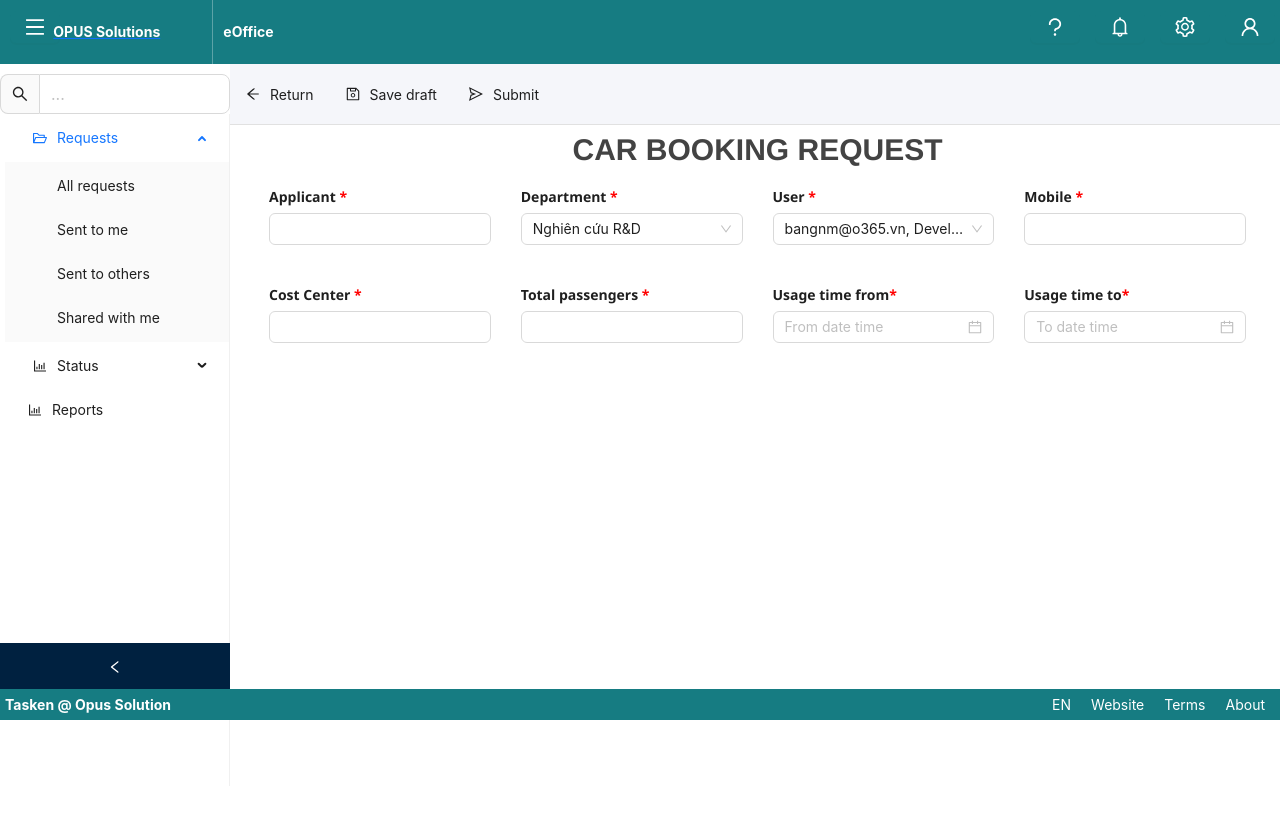
Repository: vannam272008/car-booking
Page: /request/addrequest
These files come from the project's save history. The page is drawn as it stood at one moment and after the next save; the edit follows.
The browser window is 1280 px wide. The pictures show the whole page.
The project was rebuilt for these pictures with package versions that can differ from the ones it lists, and the page was loaded fresh each time. Also part of the build but not shown: src/Components/DetailRequest/Comments/comment.css, src/Components/DetailRequest/Comments/comment.tsx, src/Components/DetailRequest/Menu/menu.tsx, src/Components/DetailRequest/Detail/detail.tsx, src/Pages/ManageRequest/index.css, src/Pages/ManageRequest/ManageRequest.tsx. Imported but missing from the stored project, and not drawn on this page: src/Pages/Home.

Above is the page before, as saved 2023-07-06 16:03:58.

After the next save:
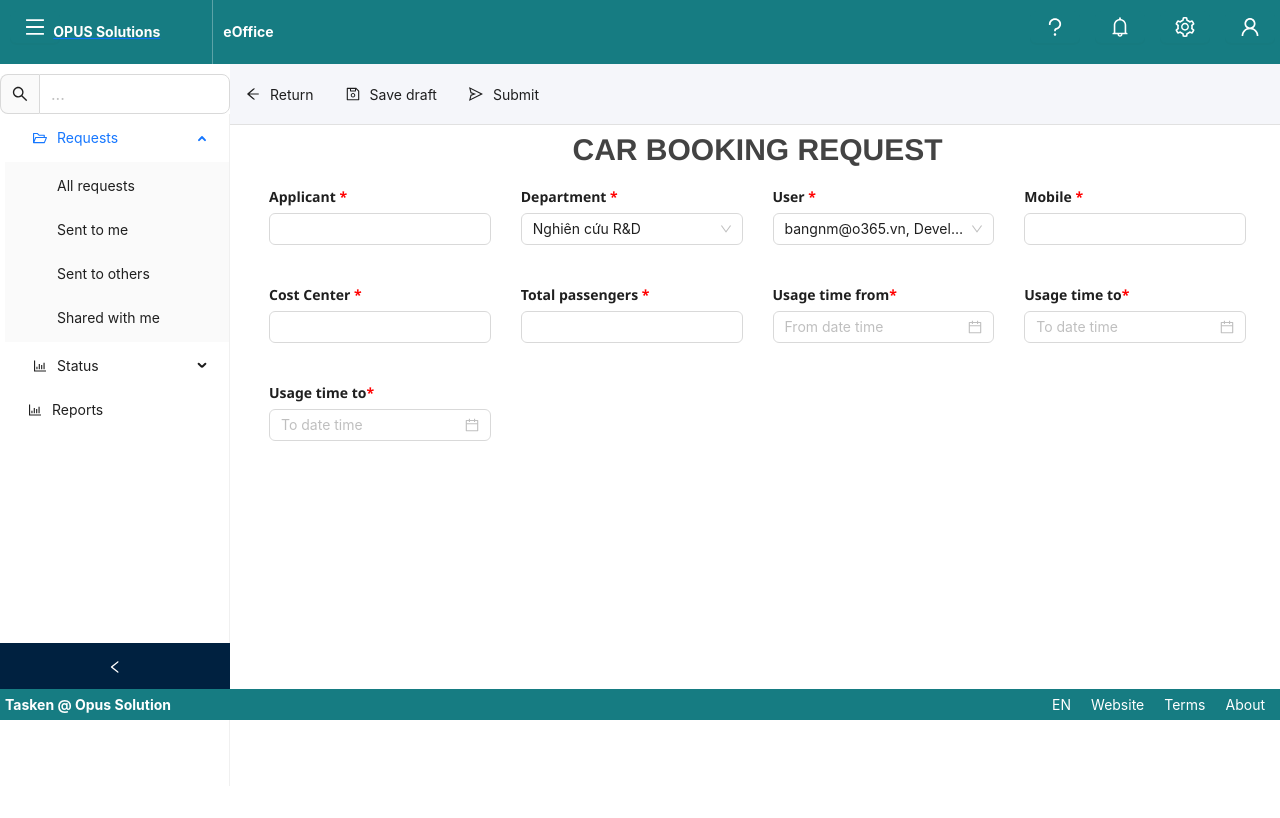
Saved 94 s later.
--- a/src/Components/AddRequest/AddRequest/index.tsx
+++ b/src/Components/AddRequest/AddRequest/index.tsx
@@ -125,6 +125,14 @@ function AddRequest(): JSX.Element {
                                             </Form.Item>
                                         </Col>
                                     </Row>
+                                    <Row className='row-request'>
+                                        <Col span={6} className='col-request'>
+                                            <label>Usage time to<span className='required'>*</span></label>
+                                            <Form.Item>
+                                                <DatePicker placeholder='To date time' style={{ width: '100%' }} />
+                                            </Form.Item>
+                                        </Col>
+                                    </Row>
                                 </Form>
                             </div>
                         </div>
